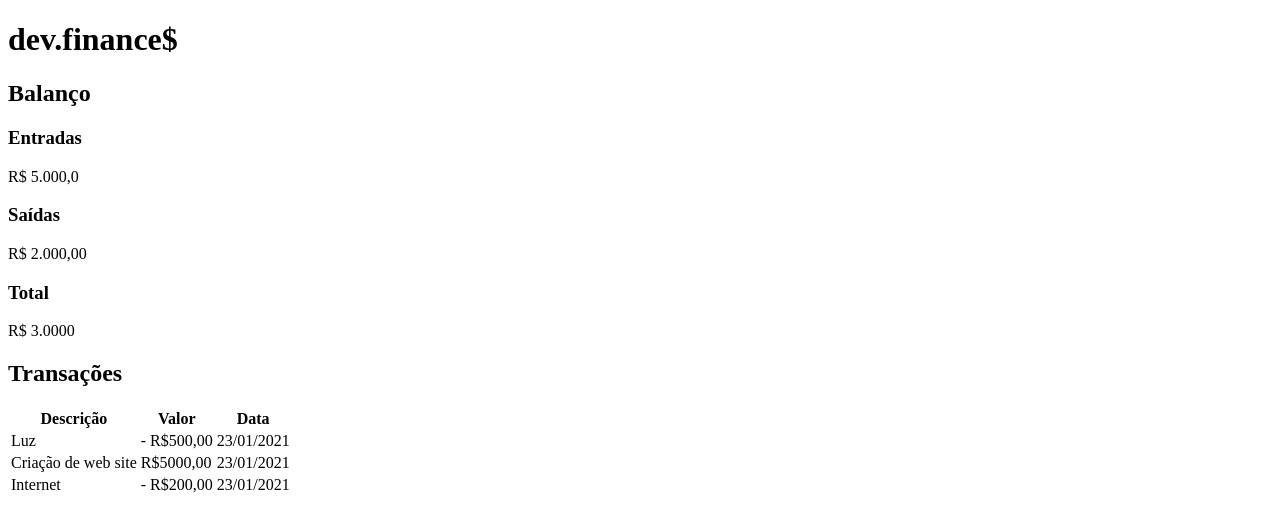
Repository: rafaelmgr12/maratona-dev01
Page: index.html
An editor plug-in stored every save of this project. The page is shown before and after the next save, followed by the edit.
The browser window is 1280 px wide. The pictures show the whole page.

Above is the page before, as saved 2021-04-26 19:37:30.

### index.html
<!DOCTYPE html>
<html lang="pt-br">
  <head>
    <meta charset="UTF-8" />
    <meta http-equiv="X-UA-Compatible" content="IE=edge" />
    <meta name="viewport" content="width=device-width, initial-scale=1.0" />
    <title>Rafael-app.finance$</title>
    <style>

    </style>

  </head>
  <body>
    <header><h1 id = "logo">dev.finance$</h1></header>
    <main>
      <section id="balance">
        <h2>Balanço</h2>
        <divc class = "card">
          <h3>Entradas</h3>
          <p>R$ 5.000,0</p>
        </div>
        <div>
          <h3 class = "card">Saídas</h3>
          <p>R$ 2.000,00</p>
        </div>
        <div class="card">
          <h3>Total</h3>
          <p>R$ 3.0000</p>
        </div>
      </section>
      <section id = "transaction">
        <h2>Transações</h2>
        <table id= "data-table">
          <thead>
            <tr>
              <th>Descrição</th>
              <th>Valor</th>
              <th>Data</th>
            </tr>
          </thead>
          <tbody>
            <tr>
              <td>Luz</td>
              <td>- R$500,00</td>
              <td>23/01/2021</td>
            </tr>
            <tr>
              <td>Criação de web site</td>
              <td>R$5000,00</td>
              <td>23/01/2021</td>
            </tr>
            <tr>
              <td>Internet</td>
              <td>- R$200,00</td>
              <td>23/01/2021</td>
            </tr>
          </tbody>
        </table>
      </section>
    </main>
    <footer></footer>
  </body>
</html>

After the next save:
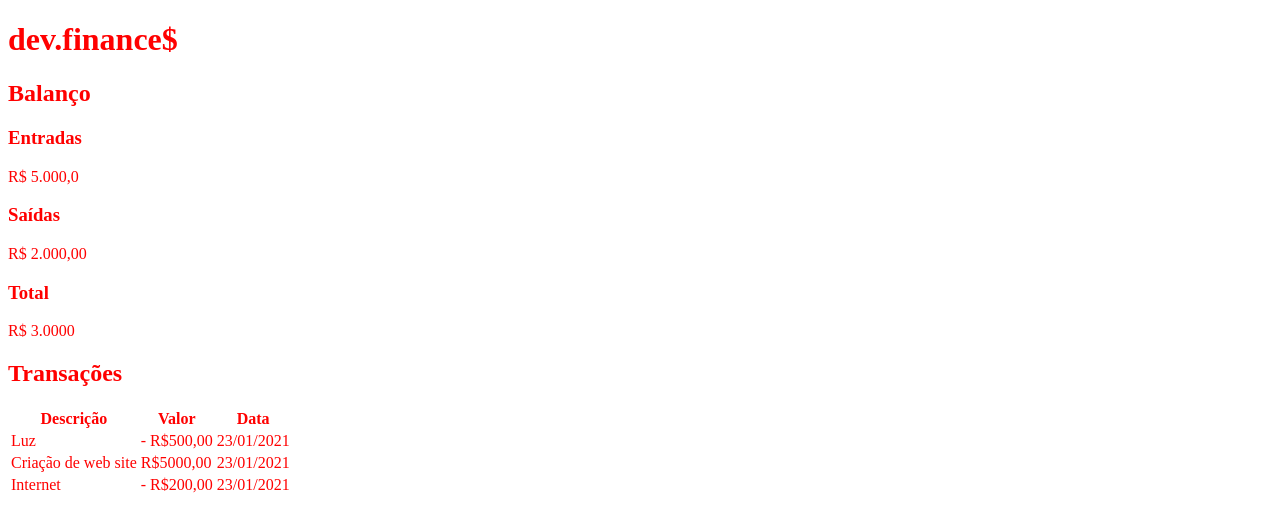
Saved 33 s later.
--- a/index.html
+++ b/index.html
@@ -6,7 +6,10 @@
     <meta name="viewport" content="width=device-width, initial-scale=1.0" />
     <title>Rafael-app.finance$</title>
     <style>
-
+        body{
+            color : red;
+            color
+        }
     </style>
 
   </head>

After the save that followed:
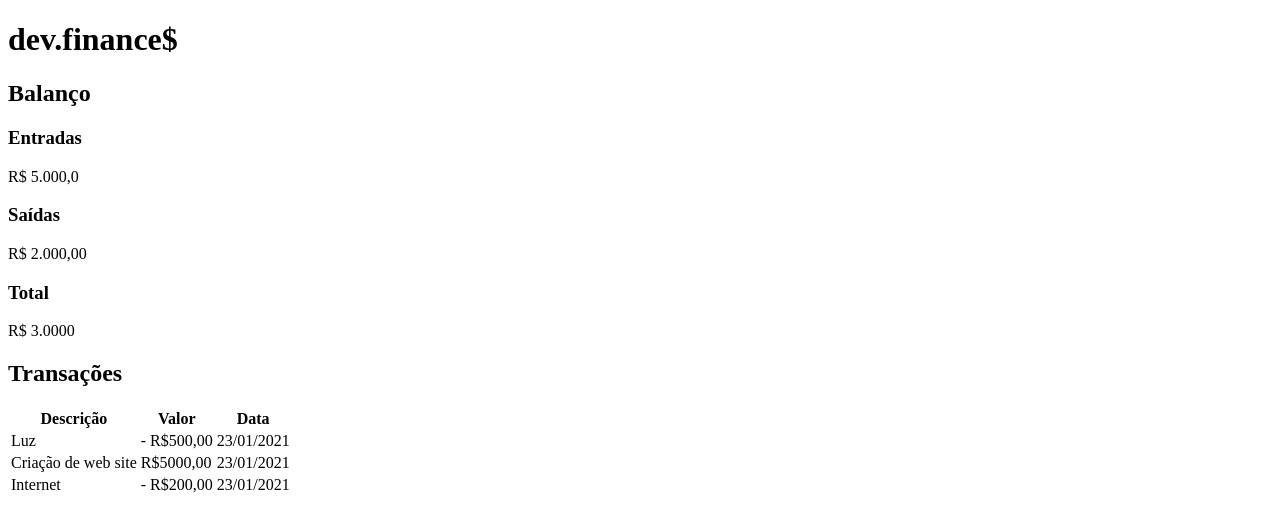
Saved 57 s later.
--- a/index.html
+++ b/index.html
@@ -5,12 +5,6 @@
     <meta http-equiv="X-UA-Compatible" content="IE=edge" />
     <meta name="viewport" content="width=device-width, initial-scale=1.0" />
     <title>Rafael-app.finance$</title>
-    <style>
-        body{
-            color : red;
-            color
-        }
-    </style>
 
   </head>
   <body>
